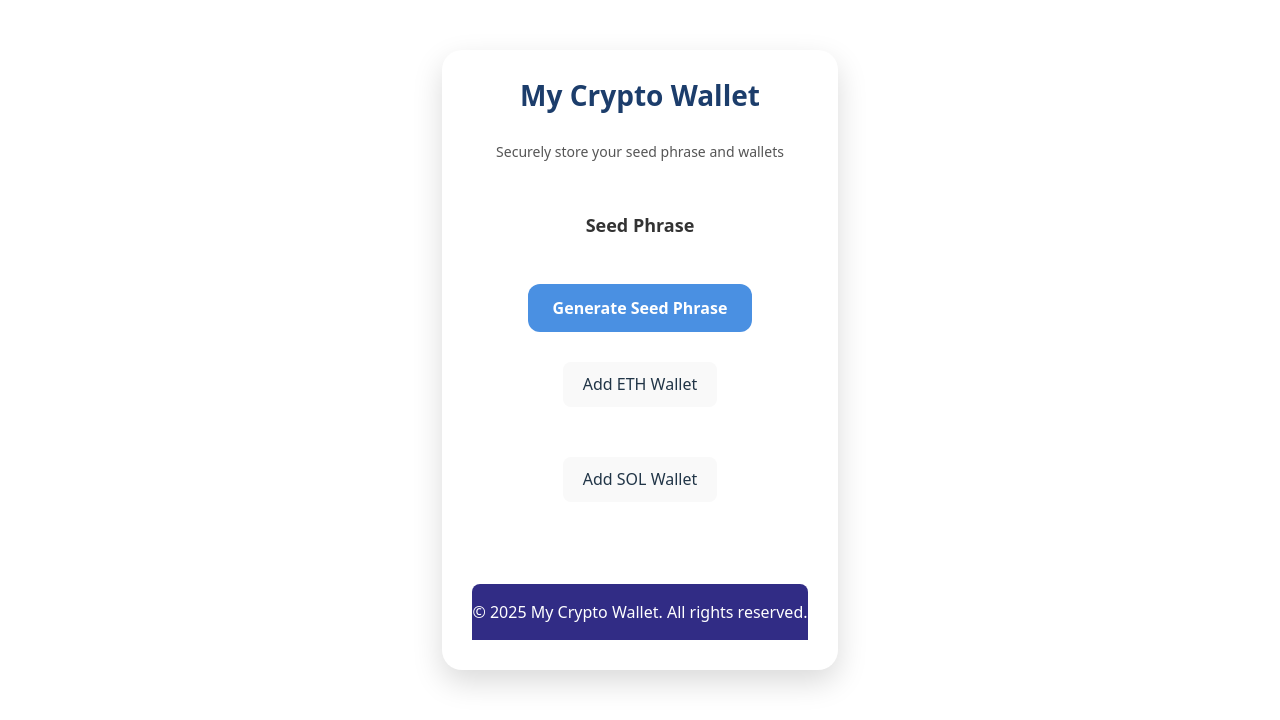
Repository: nishantsingh02/web-based-wallet-web-3
Page: /
The author's editor kept a copy of each file at every save. The page is drawn from the files as they stood at one save, then again after the next save.
The browser window is 1280 px wide. The pictures show the whole page.
The project was rebuilt for these pictures with package versions that can differ from the ones it lists, and the page was loaded fresh each time. Also part of the build but not shown: vite.config.ts.

Above is the page before, as saved 2025-10-07 02:12:13.

After the next save:
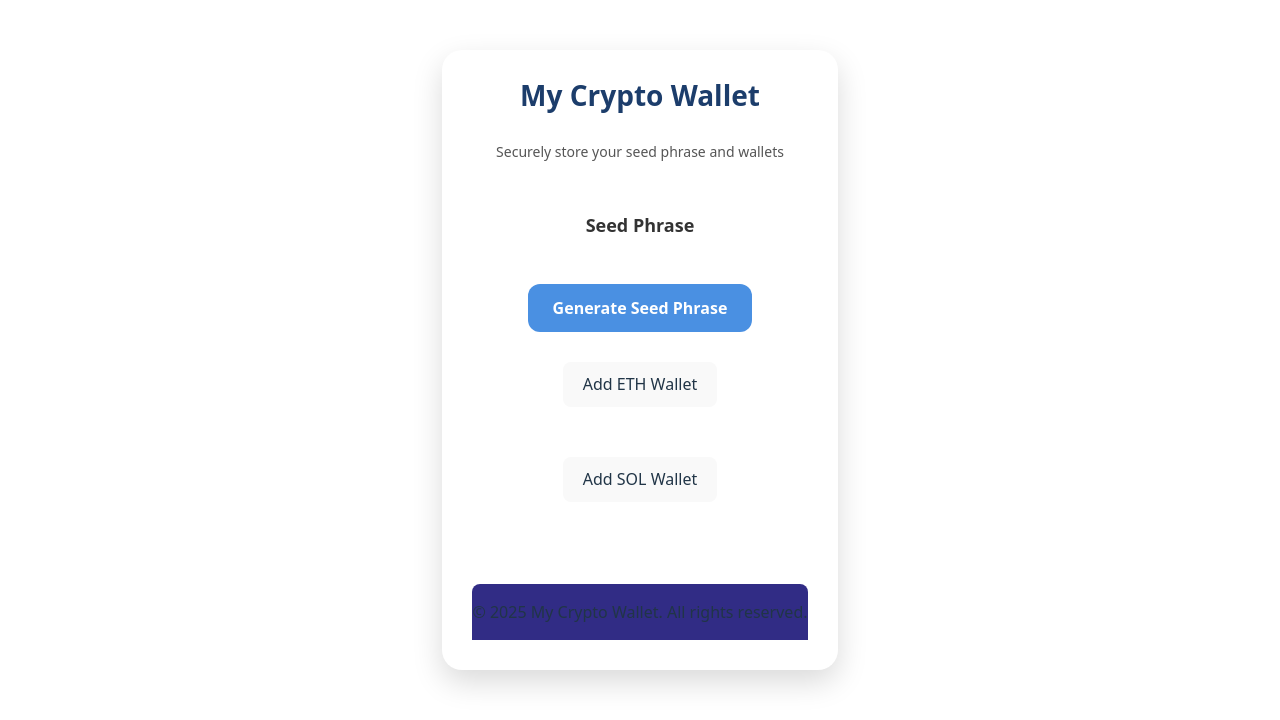
Saved 10 s later.
--- a/src/App.tsx
+++ b/src/App.tsx
@@ -54,7 +54,7 @@ function App() {
 
         {/* SOL Wallet Section */}
         <SOL_wallet mnemonic={mnemonic} />
-      <div className="w-full bg-indigo-900 text-white text-center py-4 mt-8 rounded-t-lg">
+      <div className="w-full bg-indigo-900 text-Black text-center py-4 mt-8 rounded-t-lg">
   <p className="text-sm sm:text-base">© 2025 My Crypto Wallet. All rights reserved.</p>
 </div>
 
